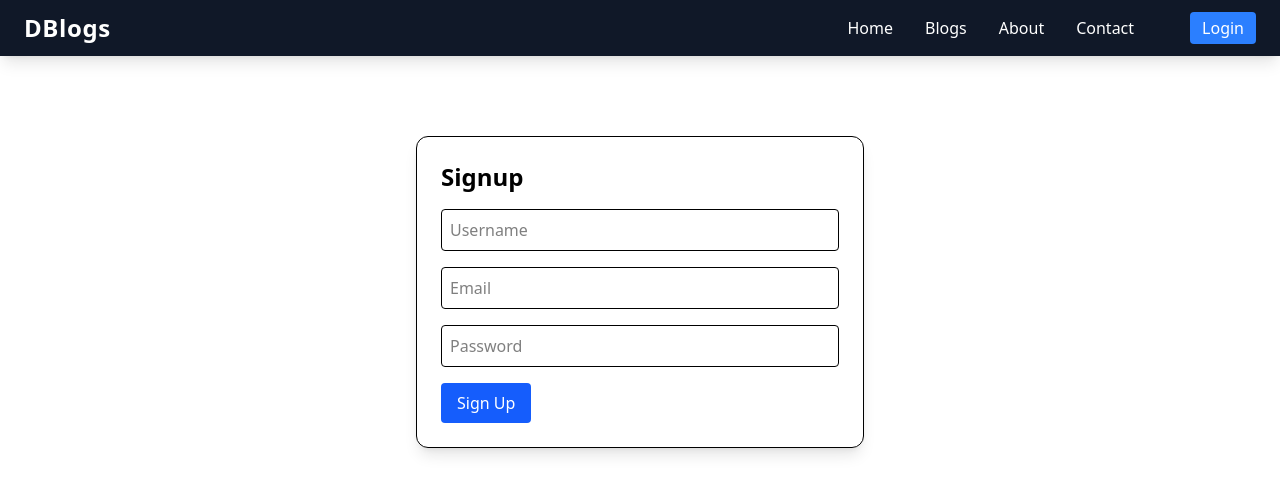
Repository: Devanshk9/DBlogs
Page: /signup (app in client/)
An editor plug-in stored every save of this project. The page is shown before and after the next save, followed by the edit.
The browser window is 1280 px wide. The pictures show the whole page.
The project was rebuilt for these pictures with package versions that can differ from the ones it lists, and the page was loaded fresh each time. Also part of the build but not shown: client/vite.config.js, client/src/components/VantaGlobe.jsx, client/src/pages/Blogs.jsx, client/src/pages/Home.jsx, client/src/pages/BlogPage.jsx, client/src/pages/WriterPage.jsx, client/src/pages/About.jsx, client/src/pages/Contact.jsx and 3 more.

Above is the page before, as saved 2025-09-03 00:27:32.

After the next save:
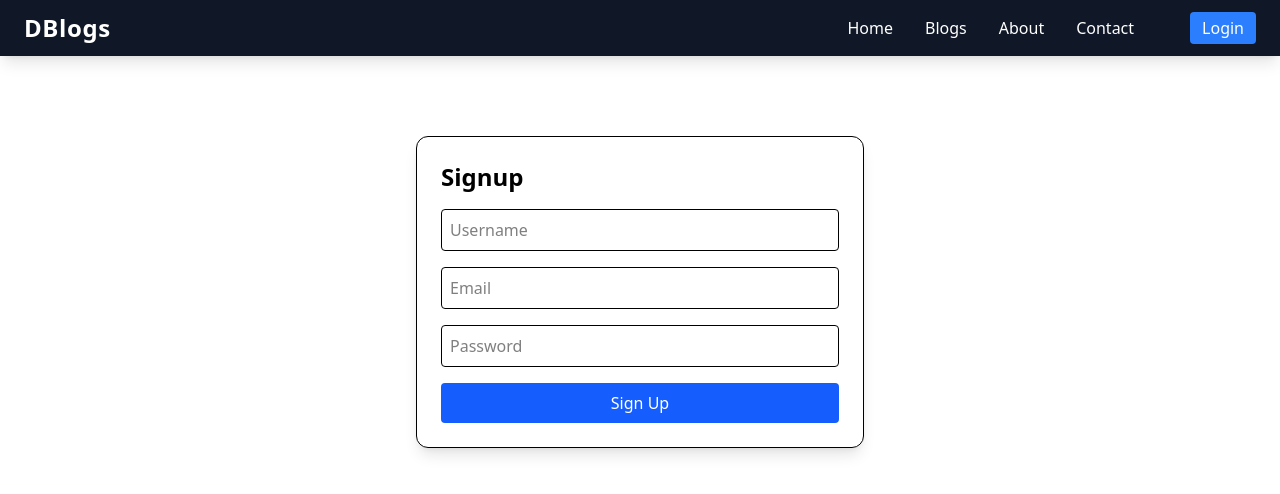
Saved 12 s later.
--- a/client/src/pages/SignUp.jsx
+++ b/client/src/pages/SignUp.jsx
@@ -68,11 +68,18 @@
           className="w-full p-2 border rounded"
           onChange={handleChange}
         />
-        <button className="bg-blue-600 text-white px-4 py-2 rounded">
-          Sign Up
+        <button
+          className={`bg-blue-600 text-white px-4 py-2 rounded w-full ${isLoading ? 'opacity-50 cursor-not-allowed' : ''}`}
+          disabled={isLoading}
+        >
+          {isLoading ? 'Signing up...' : 'Sign Up'}
         </button>
       </form>
-      {message && <p className="mt-4 text-center">{message}</p>}
+      {message && (
+        <p className={`mt-4 text-center ${message.includes('error') ? 'text-red-500' : 'text-green-500'}`}>
+          {message}
+        </p>
+      )}
     </div>
   );
 }
